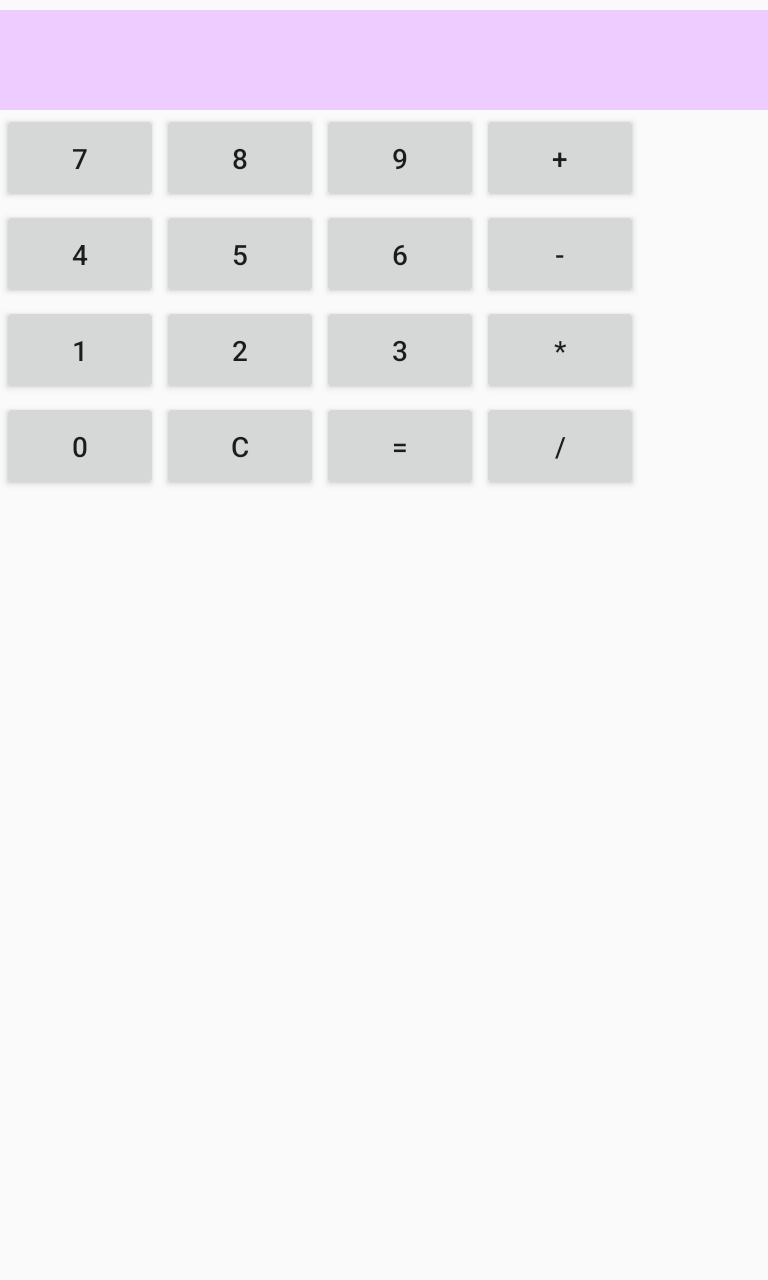
Repository: A207/guanjingjing
Layout: project/calculator_gjj/res/layout/activity_main.xml
These files come from the project's save history. The layout is drawn as it stood at one moment and after the next save; the edit follows.
It is drawn on a 768 x 1280 px phone screen (xhdpi) without system bars, with theme AppTheme; the app's code is not run.

Above is the layout before, as saved 2015-07-16 01:47:39.

After the next save:
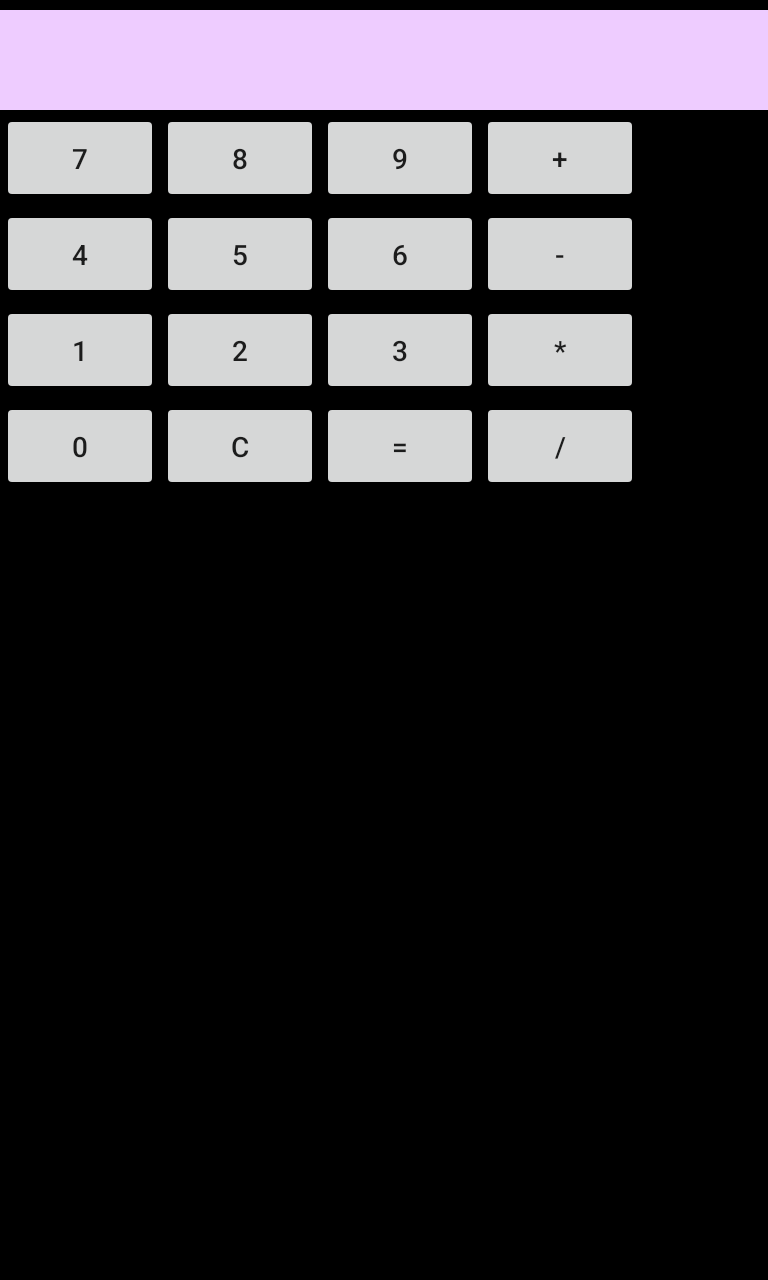
Saved 106 s later.
--- a/project/calculator_gjj/res/layout/activity_main.xml
+++ b/project/calculator_gjj/res/layout/activity_main.xml
@@ -3,7 +3,8 @@
     android:layout_width="fill_parent"
     android:layout_height="fill_parent"
     android:orientation="vertical"
-    android:paddingTop="5dip" >
+    android:paddingTop="5dip"
+    android:background="#000" >
 
     <LinearLayout
         android:layout_width="fill_parent"
